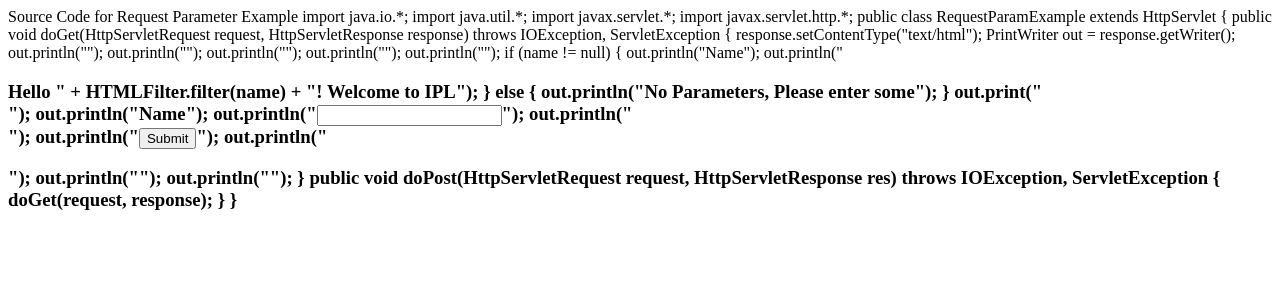
Repository: umng/Learn-to-Program
Page: Java/CTS_SFDC/workspace/Validate Player details/WebContent/index.html
These files come from the project's save history. The page is drawn as it stood at one moment and after the next save; the edit follows.
The browser window is 1280 px wide. The pictures show the whole page.

Above is the page before, as saved 2017-02-23 08:14:38.

After the next save:
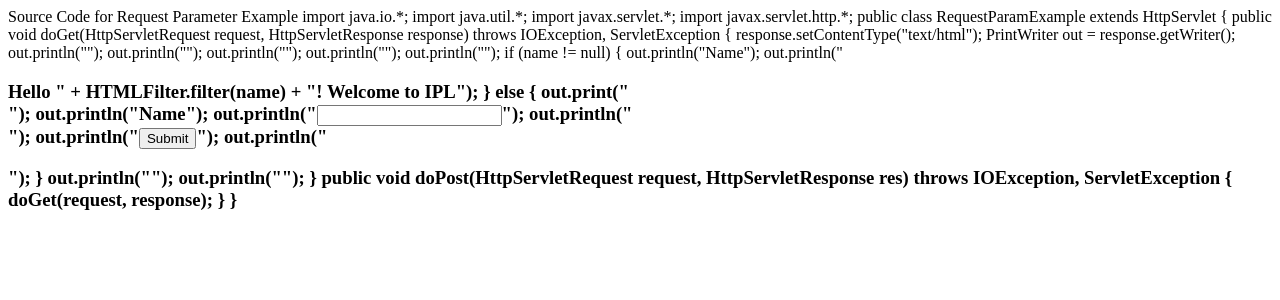
Saved 44 s later.
--- a/Java/CTS_SFDC/workspace/Validate Player details/WebContent/index.html
+++ b/Java/CTS_SFDC/workspace/Validate Player details/WebContent/index.html
@@ -22,16 +22,15 @@
             out.println("Name");
             out.println("<h3>Hello " + HTMLFilter.filter(name) + "! Welcome to IPL");
         } else {
-            out.println("No Parameters, Please enter some");
+	        out.print("<form action=\"");
+	        out.print("RequestParamExample\" ");
+	        out.println("method=POST>");
+	        out.println("Name");
+	        out.println("<input type=text name=name>");
+	        out.println("<br>");
+	        out.println("<input type=submit id=submit>");
+	        out.println("</form>");
         }
-        out.print("<form action=\"");
-        out.print("RequestParamExample\" ");
-        out.println("method=POST>");
-        out.println("Name");
-        out.println("<input type=text name=name>");
-        out.println("<br>");
-        out.println("<input type=submit id=submit>");
-        out.println("</form>");
         out.println("</body>");
         out.println("</html>");
     }
